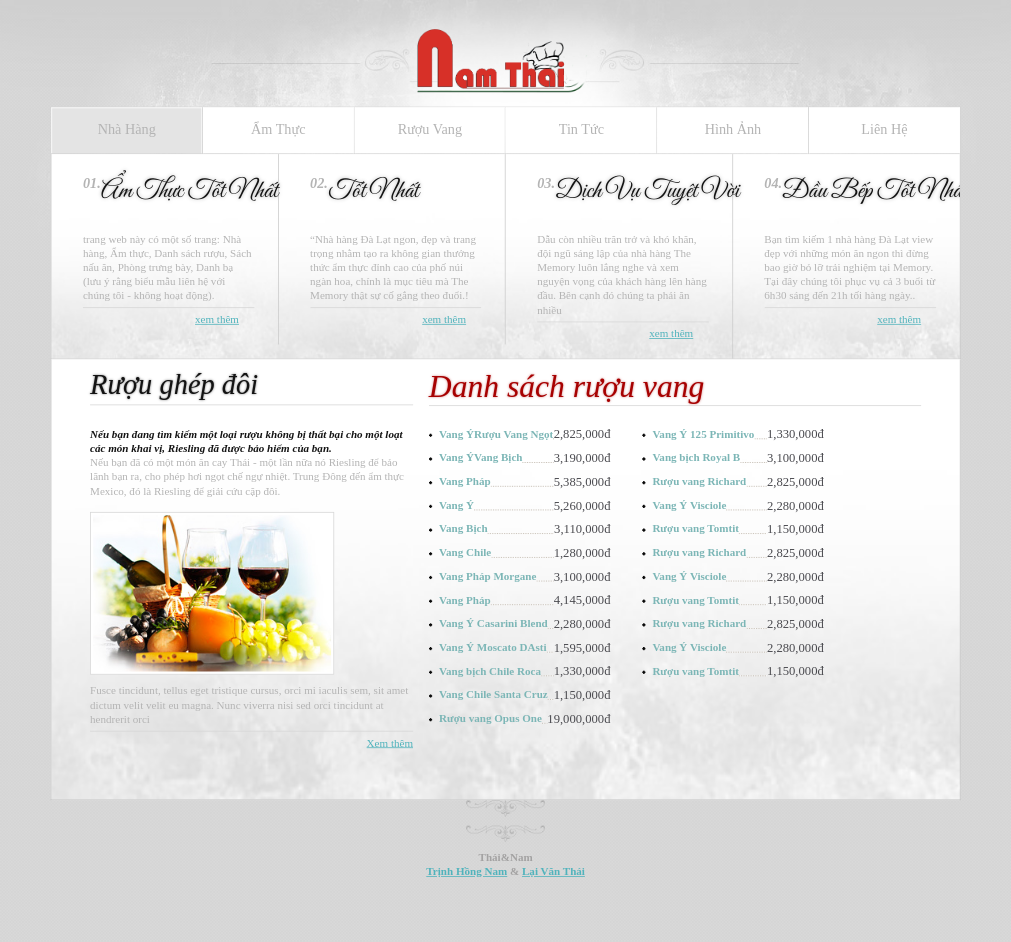
Repository: thaiLVT/DoAnThucTapNamThai
Page: wine_list.html
The author's editor kept a copy of each file at every save. The page is drawn from the files as they stood at one save, then again after the next save.
The browser window is 1280 px wide. The pictures show the whole page, at 79% of full size.

Above is the page before, as saved 2022-05-04 01:04:06.

After the next save:
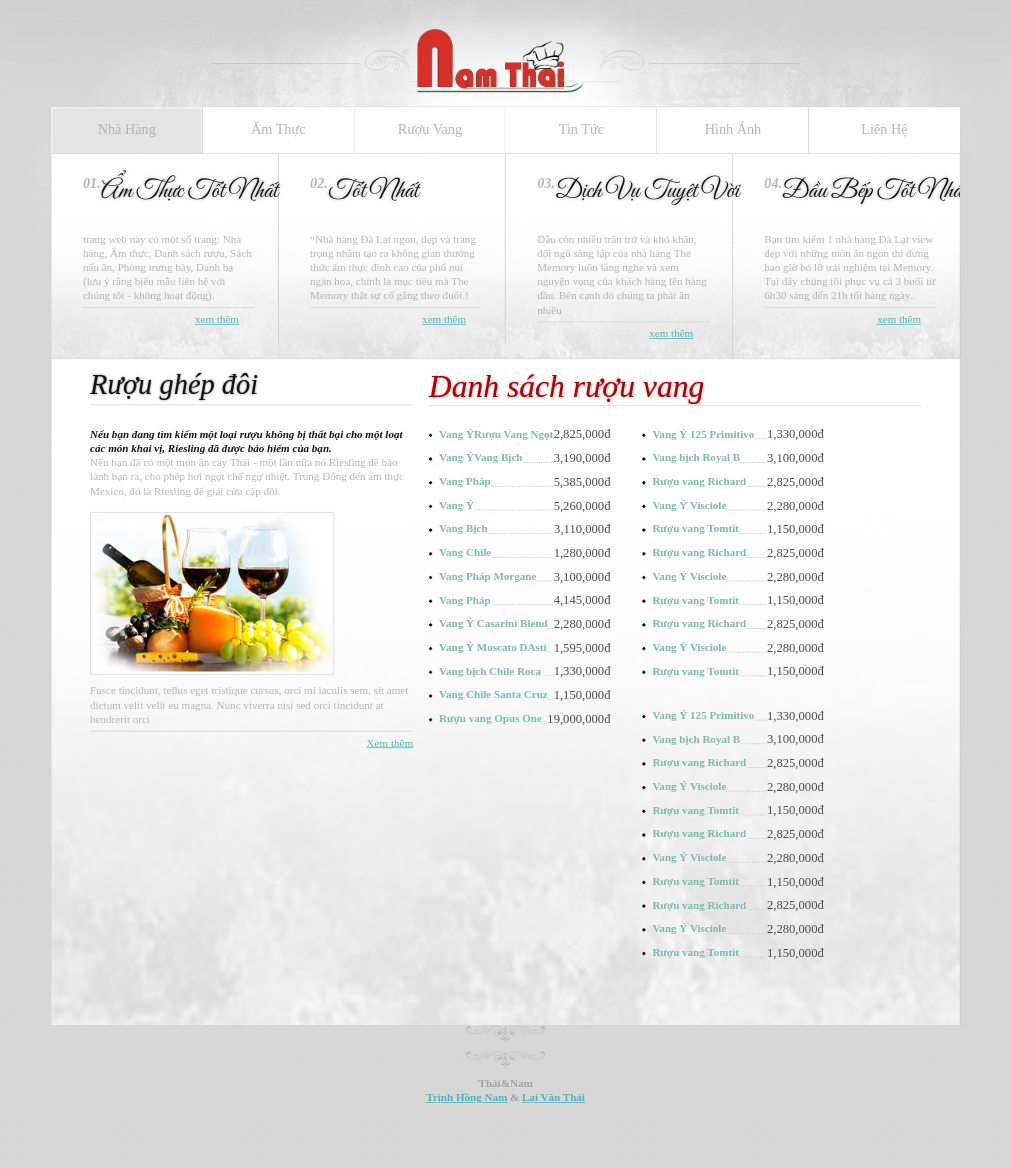
Saved 46 s later.
--- a/wine_list.html
+++ b/wine_list.html
@@ -129,6 +129,19 @@
                                         <li><strong>Vang Ý Visciole </strong><span>2,280,000đ</span><em>&nbsp;</em></li>
                                         <li><strong>Rượu vang Tomtit</strong><span>1,150,000đ</span><em>&nbsp;</em></li>
                                     </ul>
+                                    <ul class="list last">
+                                        <li><strong>Vang Ý 125 Primitivo</strong><span>1,330,000đ</span><em>&nbsp;</em></li>
+                                        <li><strong>Vang bịch Royal B</strong><span>3,100,000đ</span><em>&nbsp;</em></li>
+                                        <li><strong>Rượu vang Richard </strong><span>2,825,000đ</span><em>&nbsp;</em></li>
+                                        <li><strong>Vang Ý Visciole </strong><span>2,280,000đ</span><em>&nbsp;</em></li>
+                                        <li><strong>Rượu vang Tomtit</strong><span>1,150,000đ</span><em>&nbsp;</em></li>
+                                        <li><strong>Rượu vang Richard </strong><span>2,825,000đ</span><em>&nbsp;</em></li>
+                                        <li><strong>Vang Ý Visciole </strong><span>2,280,000đ</span><em>&nbsp;</em></li>
+                                        <li><strong>Rượu vang Tomtit</strong><span>1,150,000đ</span><em>&nbsp;</em></li>
+                                        <li><strong>Rượu vang Richard </strong><span>2,825,000đ</span><em>&nbsp;</em></li>
+                                        <li><strong>Vang Ý Visciole </strong><span>2,280,000đ</span><em>&nbsp;</em></li>
+                                        <li><strong>Rượu vang Tomtit</strong><span>1,150,000đ</span><em>&nbsp;</em></li>
+                                    </ul>
                                 </div>
                             </div>
                         </div>
